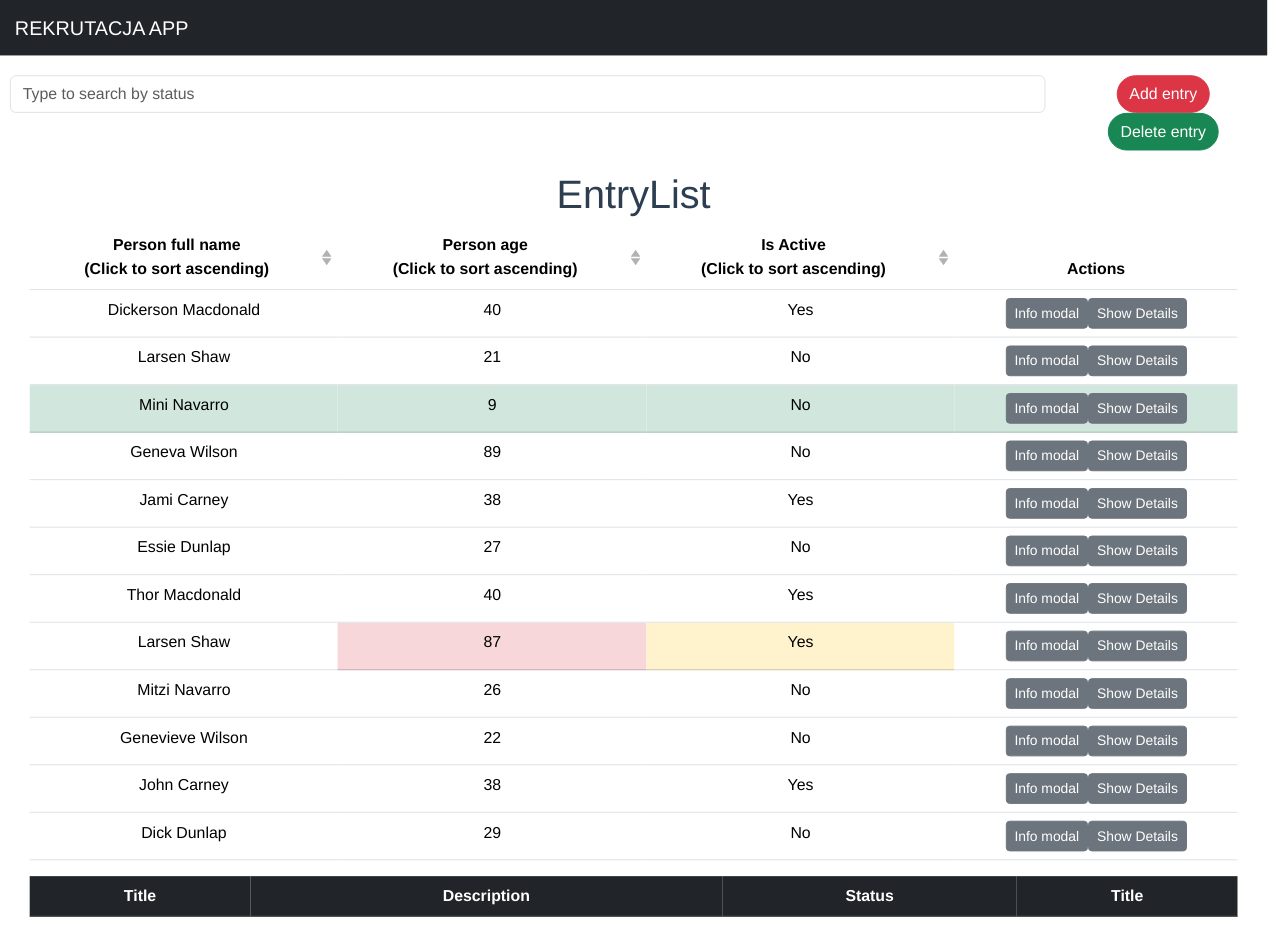
Repository: Madaless/vue_elastic
Page: / (app in vuejsapp/crudapp/)
These files come from the project's save history. The page is drawn as it stood at one moment and after the next save; the edit follows.
The browser window is 1280 px wide. The page is 1292 px wide, so the pictures cover 1292 px, including what lies to the right of the window. The pictures show the whole page, at 99% of full size.
The page's requests for data from a server got no answer. The project was rebuilt for these pictures with package versions that can differ from the ones it lists, and the page was loaded fresh each time. No one was signed in, and anything a server would have sent is missing.

Above is the page before, as saved 2021-09-12 16:08:50.

### vuejsapp/crudapp/src/main.js
import Vue from 'vue'
import App from './App.vue'
import store from  './store/index'
import { BootstrapVue, IconsPlugin } from 'bootstrap-vue'

// Import Bootstrap an BootstrapVue CSS files (order is important)
import 'bootstrap/dist/css/bootstrap.css'
import 'bootstrap-vue/dist/bootstrap-vue.css'

// Make BootstrapVue available throughout your project
Vue.use(BootstrapVue)
// Optionally install the BootstrapVue icon components plugin
Vue.use(IconsPlugin)

Vue.config.productionTip = false

new Vue({
  store,
  render: h => h(App),
}).$mount('#app')

### vuejsapp/crudapp/src/App.vue
<template>
  <div id="app">
    <b-navbar class="navbar navbar-expand navbar-dark bg-dark">
      <b-navbar-brand id="header" href="#">REKRUTACJA APP</b-navbar-brand>
    </b-navbar>

    <b-row id = "filterEntry">
      <b-col sm="10"><FilterEntry /></b-col>
      <b-col sm="2"><AddEntry /></b-col>
    </b-row>

    <EntryList />
  </div>
</template>

<script>
import AddEntry from "./components/AddEntry.vue";
import FilterEntry from "./components/FilterEntry.vue";
import EntryList from "./components/EntryList.vue";

export default {
  name: "App",
  components: {
    AddEntry,
    FilterEntry,
    EntryList,
  },
};
</script>

<style>
#app {
  font-family: Avenir, Helvetica, Arial, sans-serif;
  -webkit-font-smoothing: antialiased;
  -moz-osx-font-smoothing: grayscale;
  text-align: center;
  color: #2c3e50;
}
#header {
  padding-left: 15px;
}

#filterEntry {
    padding-top: 20px;
    padding-bottom: 20px;
    padding-left: 10px;
    padding-right: 10px;
}
</style>

### vuejsapp/crudapp/src/store/index.js
import Vuex from 'vuex';
import Vue from 'vue';
import entryList from './modules/entryList';

Vue.use(Vuex);

export default new Vuex.Store({
    modules: {
        entryList
    }
})

### vuejsapp/crudapp/src/components/AddEntry.vue
<template>
  <div>
    <b-button pill block variant="danger">Add entry</b-button>
    <b-button pill block variant="success">Delete entry</b-button>
  </div>
</template>

<script>
export default {
  setup() {},
};
</script>

<style scoped>
</style>

### vuejsapp/crudapp/src/components/FilterEntry.vue
<template>
  <div>
    <b-form-input
      id="filter-input"
      v-model="filter"
      type="search"
      placeholder="Type to search by status"
    ></b-form-input>
  </div>
</template>

<script>
export default {
  setup() {},
};
</script>

<style scoped>

</style>

### vuejsapp/crudapp/src/components/EntryList.vue
<template>
  <div id="entryList">
    <h1>EntryList</h1>

    <div class="todos">
      <b-table :items="items" :fields="fields">
        <template #cell(name)="row">
          {{ row.value.first }} {{ row.value.last }}
        </template>

        <template #cell(actions)="row">
          <b-button
            size="sm"
            @click="info(row.item, row.index, $event.target)"
            class="mr-1"
          >
            Info modal
          </b-button>
          <b-button size="sm" @click="row.toggleDetails">
            {{ row.detailsShowing ? "Hide" : "Show" }} Details
          </b-button>
        </template>

        <template #row-details="row">
          <b-card>
            <ul>
              <li v-for="(value, key) in row.item" :key="key">
                {{ key }}: {{ value }}
              </li>
            </ul>
          </b-card>
        </template>
      </b-table>
      <table class="table table-striped table-dark">
        <thead>
          <tr>
            <th>Title</th>
            <th>Description</th>
            <th>Status</th>
            <th>Title</th>
          </tr>
        </thead>
        <tbody>
          <tr v-for="entry in entryList" v-bind:key="entry.key">
            <td>{{ entry.title }}</td>
          </tr>
        </tbody>
      </table>
    </div>
  </div>
</template>

<script>
import { mapGetters, mapActions } from "vuex";

export default {
  name: "EntryList",
  methods: {
    ...mapActions(["fetchEntryList"]),
  },
  computed: mapGetters(["entryList"]),
  created() {
    this.fetchEntryList();
  },
  data() {
    return {
      items: [
        {
          isActive: true,
          age: 40,
          name: { first: "Dickerson", last: "Macdonald" },
        },
        { isActive: false, age: 21, name: { first: "Larsen", last: "Shaw" } },
        {
          isActive: false,
          age: 9,
          name: { first: "Mini", last: "Navarro" },
          _rowVariant: "success",
        },
        { isActive: false, age: 89, name: { first: "Geneva", last: "Wilson" } },
        { isActive: true, age: 38, name: { first: "Jami", last: "Carney" } },
        { isActive: false, age: 27, name: { first: "Essie", last: "Dunlap" } },
        { isActive: true, age: 40, name: { first: "Thor", last: "Macdonald" } },
        {
          isActive: true,
          age: 87,
          name: { first: "Larsen", last: "Shaw" },
          _cellVariants: { age: "danger", isActive: "warning" },
        },
        { isActive: false, age: 26, name: { first: "Mitzi", last: "Navarro" } },
        {
          isActive: false,
          age: 22,
          name: { first: "Genevieve", last: "Wilson" },
        },
        { isActive: true, age: 38, name: { first: "John", last: "Carney" } },
        { isActive: false, age: 29, name: { first: "Dick", last: "Dunlap" } },
      ],
      fields: [
        {
          key: "name",
          label: "Person full name",
          sortable: true,
          sortDirection: "desc",
        },
        {
          key: "age",
          label: "Person age",
          sortable: true,
          class: "text-center",
        },
        {
          key: "isActive",
          label: "Is Active",
          formatter: (value) => {
            return value ? "Yes" : "No";
          },
          sortable: true,
          sortByFormatted: true,
          filterByFormatted: true,
        },
        { key: "actions", label: "Actions" },
      ],
    };
  },
};
</script>

<style scoped>
#entryList {
  padding-left: 30px;
  padding-right: 30px;
}
</style>

### vuejsapp/crudapp/src/store/modules/entryList.js
import axios from 'axios';

const state = {
  entryList: []
};
// get the state
const getters = {
  entryList: (state) => {
    return state.entryList
  }
};

const actions = {
    // fetch from api
  async fetchEntryList({ commit }) {
    const response = await axios.get('https://jsonplaceholder.typicode.com/todos');

    commit('setEntryList', response.data);
  }
}

const mutations = {
    setEntryList: (state, entryList) => (state.entryList = entryList)
};

export default {
    state,
    getters,
    actions,
    mutations
};

Loaded but not shown: vuejsapp/crudapp/public/index.html (common file)

After the next save:
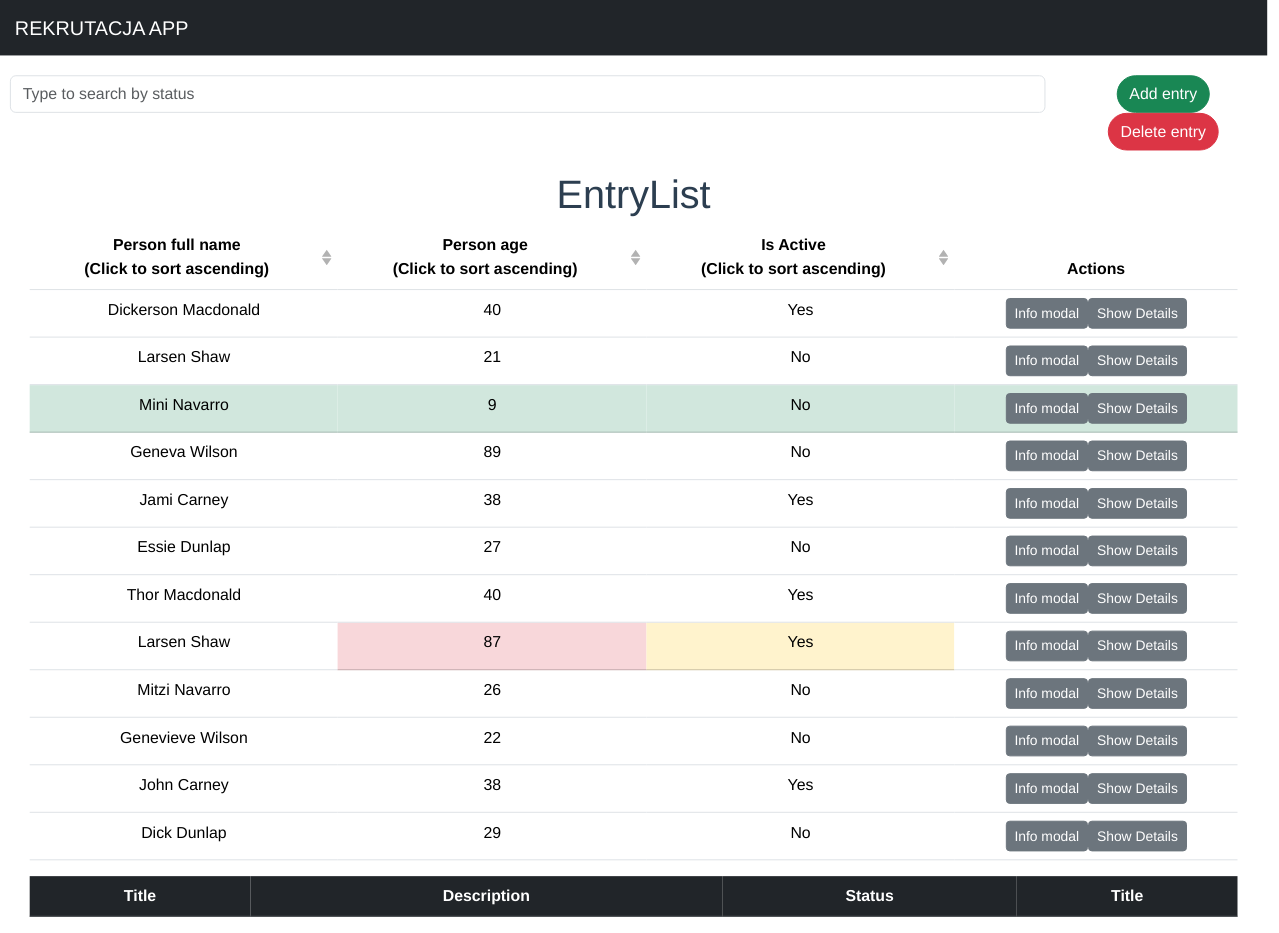
Saved 43 s later.
--- a/vuejsapp/crudapp/src/components/AddEntry.vue
+++ b/vuejsapp/crudapp/src/components/AddEntry.vue
@@ -1,7 +1,7 @@
 <template>
   <div>
-    <b-button pill block variant="danger">Add entry</b-button>
-    <b-button pill block variant="success">Delete entry</b-button>
+    <b-button pill block variant="success">Add entry</b-button>
+    <b-button pill block variant="danger">Delete entry</b-button>
   </div>
 </template>
 
